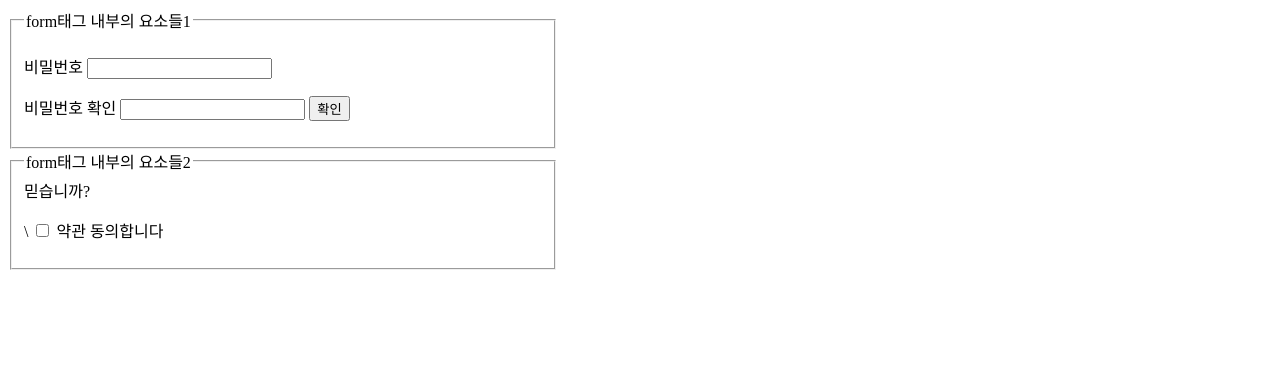
Repository: reddrinkbro/JSPStudy
Page: javascript/WebContent/4객체/dom_ob6.html
An editor plug-in stored every save of this project. The page is shown before and after the next save, followed by the edit.
The browser window is 1280 px wide. The pictures show the whole page.

Above is the page before, as saved 2020-04-10 03:46:55.

After the next save:
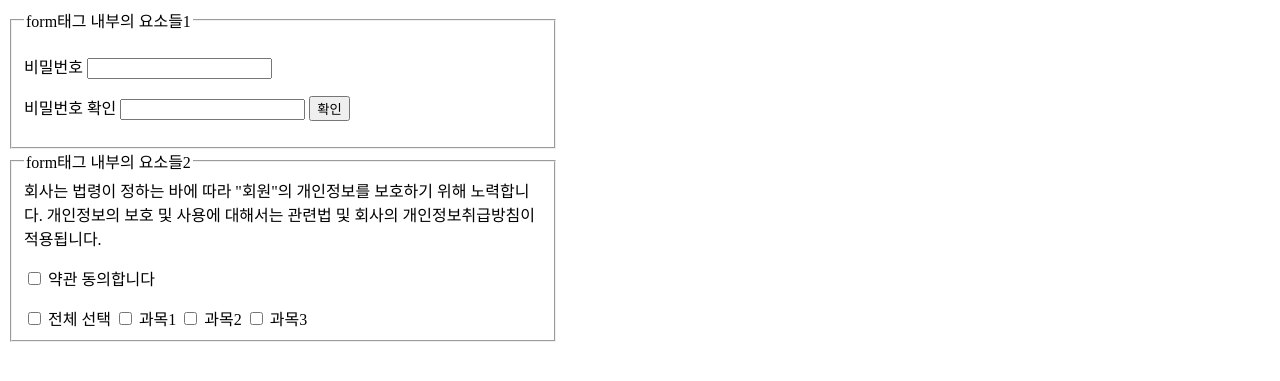
Saved 2 min 47 s later.
--- a/javascript/WebContent/4객체/dom_ob6.html
+++ b/javascript/WebContent/4객체/dom_ob6.html
@@ -29,12 +29,24 @@
 		<fieldset>
 			<legend>form태그 내부의 요소들2</legend>
 			<div>
-				믿습니까?
+				회사는 법령이 정하는 바에 따라 "회원"의 개인정보를 보호하기
+				위해 노력합니다. 개인정보의 보호 및 사용에 대해서는 관련법
+				및 회사의 개인정보취급방침이 적용됩니다.
 			</div>
-			<p>\
-				<input type="checkbox" name = "accept"/>
-				약관 동의합니다
+			<p>
+				<input type="checkbox" name = "accept" id ="accept"/>
+				<label>약관 동의합니다</label>
 			</p>
+				<input type="checkbox" name = allchk id ="allchk">
+				<label>전체 선택</label>
+				<input type="checkbox" name = "subject1" id ="subject1" value = "과목 1"/>
+				<label>과목1</label>
+
+				<input type="checkbox" name = "subject2" id ="subject2" value = "과목 2"/>
+				<label>과목2</label>
+
+				<input type="checkbox" name = "subject3" id ="subject3" value = "과목 3"/>
+				<label>과목3</label>
 		</fieldset>
 	</form>
 	<script type="text/javascript">
